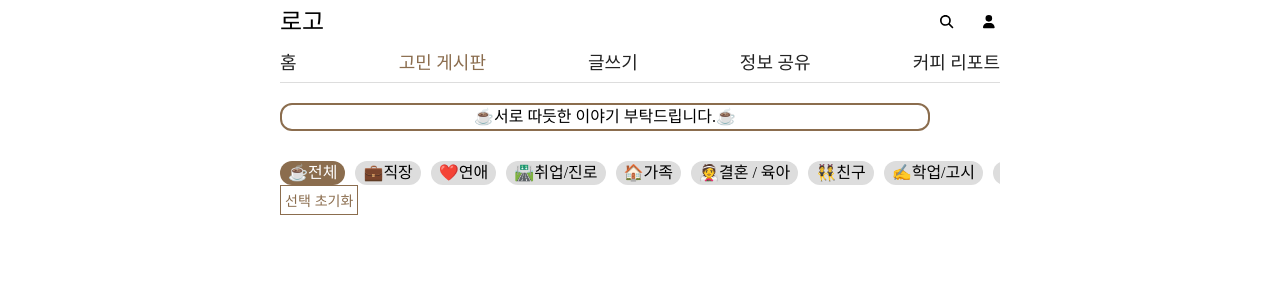
Repository: zlazlazla35/coffee
Page: /list
The author's editor kept a copy of each file at every save. The page is drawn from the files as they stood at one save, then again after the next save.
The browser window is 1280 px wide. The pictures show the whole page.
Some web fonts or font styles are not loaded; a fallback is used. The project was rebuilt for these pictures with package versions that can differ from the ones it lists, and the page was loaded fresh each time. The framework's server and built-in components were replaced by stand-ins that run in the browser. Also part of the build but not shown: next.config.mjs.

Above is the page before, as saved 2024-12-26 18:20:00.

After the next save:
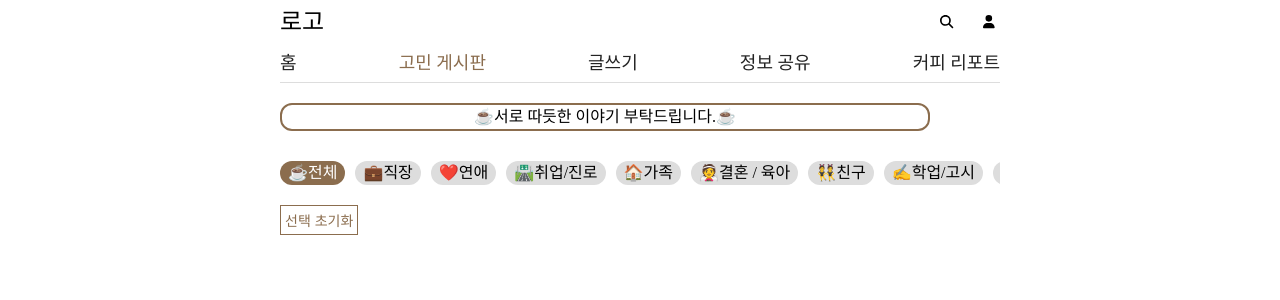
Saved 5 s later.
--- a/src/app/globals.css
+++ b/src/app/globals.css
@@ -76,4 +76,4 @@ a {text-decoration: none; color: inherit;}
 .liset_page .tag .tag_list li {background: #ddd; font-size: 16px; box-sizing: border-box; padding: 4px 8px; border-radius: 12px; margin-right: 10px; cursor: pointer;}
 .liset_page .tag .tag_list li:last-child {margin-right: 0;}
 .liset_page .tag .tag_list li.on {background: #8b6d4e; color: #fff;}
-.liset_page .tag_reset{display: inline-block; box-sizing: border-box; padding: 4px; border: 1px solid #8b6d4e; background: none; color: #8b6d4e; font-size: 14px;}
+.liset_page .tag_reset{display: inline-block; box-sizing: border-box; padding: 4px; border: 1px solid #8b6d4e; background: none; color: #8b6d4e; font-size: 14px; margin-top: 20px;}
